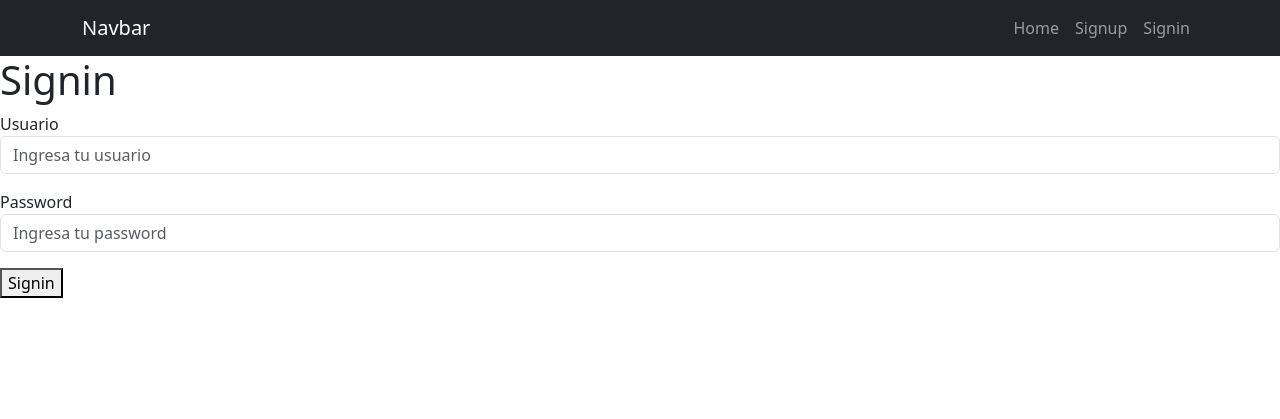
Repository: dbettancourt/django-auth-crud
Page: http://localhost/signin/
These files come from the project's save history. The page is drawn as it stood at one moment and after the next save; the edit follows.
The browser window is 1280 px wide. The pictures show the whole page.
The page is served by the project's application, run on Django 4.2 (manage.py).

Above is the page before, as saved 2023-06-06 11:03:36.

After the next save:
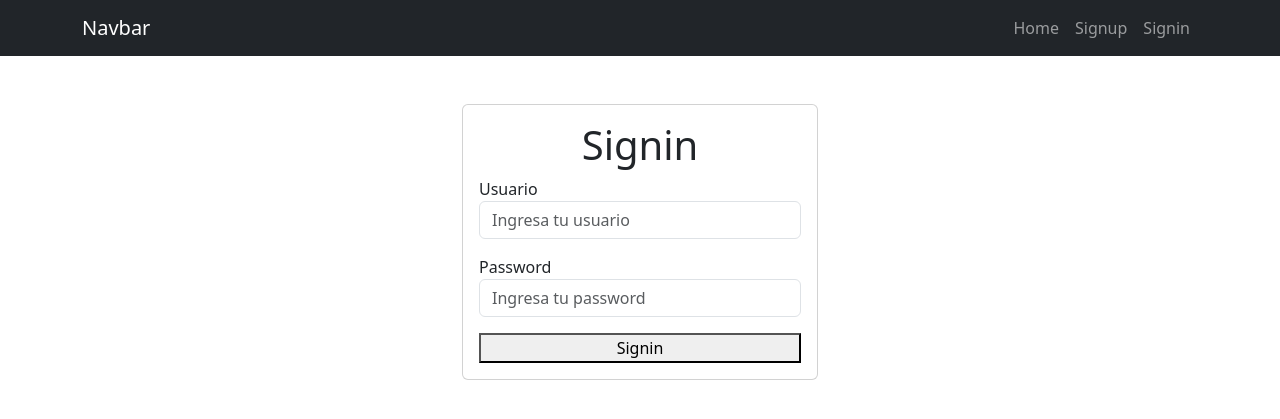
Saved 2 min 13 s later.
--- a/tasks/templates/signin.html
+++ b/tasks/templates/signin.html
@@ -1,24 +1,33 @@
 {% extends 'base.html' %}
 
 {% block content %}
-<h1>Signin</h1>
-{{error}}
+<main class="container">
+    <div class="row">
+        <div class="col-md-4 offset-md-4 mt-5" >
+            <form method="POST" class="card card-body">
+                <h1 class="text-center">Signin</h1>
 
-<form action="" method="POST">
-    {% csrf_token %}
-    <div class="mb-3">
-        <label for="username">Usuario</label>
-        <input type="text" name="username" id="username" class="form-control" placeholder="Ingresa tu usuario">
+                {{error}}
+
+
+            {% csrf_token %}
+            <div class="mb-3">
+                <label for="username">Usuario</label>
+                <input type="text" name="username" id="username" class="form-control" placeholder="Ingresa tu usuario">
+            </div>
+
+            <div class="mb-3">
+                <label for="password1">Password</label>
+                <input type="password" name="password" id="password" class="form-control" placeholder="Ingresa tu password">
+            </div>
+
+            <button>
+                Signin
+            </button>
+        </form>
     </div>
 
-    <div class="mb-3">
-        <label for="password1">Password</label>
-        <input type="password" name="password" id="password" class="form-control" placeholder="Ingresa tu password">
-    </div>
-
-    <button>
-        Signin
-    </button>
-</form>
+</div>
+</main>
 
 {% endblock %}
